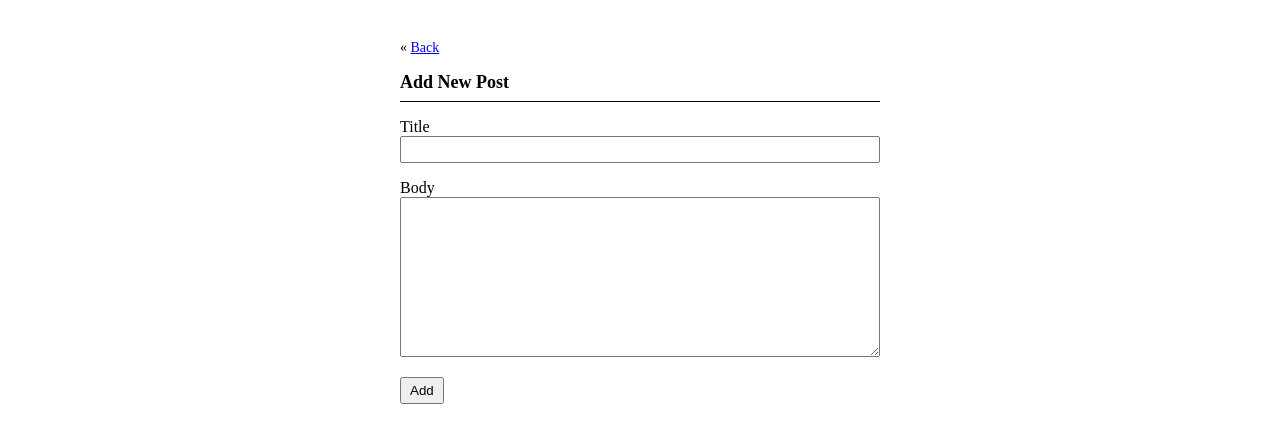
Repository: katugen/MyBBS
Page: http://localhost/posts/create
These files come from the project's save history. The page is drawn as it stood at one moment and after the next save; the edit follows.
The browser window is 1280 px wide. The pictures show the whole page.
The page is served by the project's Laravel application, run on PHP 8.4 with Laravel 10. Other server files are loaded and not shown.

Above is the page before, as saved 2023-02-23 14:45:18.

### routes/web.php
<?php

use Illuminate\Support\Facades\Route;
use App\Http\Controllers\PostController;

/*
|--------------------------------------------------------------------------
| Web Routes
|--------------------------------------------------------------------------
|
| Here is where you can register web routes for your application. These
| routes are loaded by the RouteServiceProvider and all of them will
| be assigned to the "web" middleware group. Make something great!
|
*/


Route::get('/', [PostController::class, 'index'])
    ->name('posts.index');

Route::get('/posts/{post}', [PostController::class, 'show'])
    ->name('posts.show')
    ->where('post', '[0-9]+');

Route::get('/posts/create', [PostController::class, 'create'])
    ->name('posts.create');

### app/Http/Controllers/PostController.php
<?php

namespace App\Http\Controllers;

use Illuminate\Http\Request;
use App\Models\Post;

class PostController extends Controller
{


    public function index()
    {

        $posts = Post::latest()->get();
        return view('index')
            ->with(['posts' => $posts]);
    }

    public function show(Post $post)
    {

        return view('posts.show')
            ->with(['post' => $post]);
    }

    public function create()
    {

        return view('posts.create');
    }
}

### resources/views/posts/create.blade.php
<x-layout>
    <x-slot name="title">
        Add New Post - My BBS
    </x-slot>
    <div class="back-link">
        &laquo; <a href="{{ route('posts.index') }}">Back</a>
    </div>
    <h1>Add New Post </h1>
    <form method="post" action="">
        @csrf
        <div class="form-group">
            <label>
                Title
                <input type="text" name="title">
            </label>
        </div>
        <div class="form-group">
            <label>
                Body
                <textarea name="body"></textarea>
            </label>
        </div>
        <div class="form-button">
            <button>Add</button>
        </div>
    </form>
</x-layout>

### resources/views/components/layout.blade.php
<!DOCTYPE html>
<html lang="ja">

<head>
    <meta charset="UTF-8">
    <meta name="viewport" content="width=device-width, initial-scale=1.0">
    <meta http-equiv="X-UA-Compatible" content="ie=edge">
    <title>{{ $title }}</title>
    <link rel="stylesheet" href="{{ url('css/style.css') }}">
</head>

<body>
    <div class="container">
        {{ $slot }}
    </div>
</body>

</html>

### public/css/style.css
.container {
    width: 480px;
    margin: 40px auto;
}

h1 {
    border-bottom: 1px solid;
    font-size: 18px;
    margin: 16px 0;
    padding-bottom: 8px;
    display: flex;
    align-items: center;
}

h1>a {
    font-size: 16px;
    font-weight: normal;
    margin-left: auto;
}

li {
    line-height: 1.6;
    margin-bottom: 8px;
}

.back-link {
    font-size: 14px;
}

p {
    line-height: 1.6;
}

input,
textarea {
    padding: 4px;
    width: 100%;
    box-sizing: border-box;
}

textarea {
    height: 160px;
}

button {
    padding: 4px 8px;
}

.form-group {
    margin-bottom: 16px;
}

.form-botton {
    text-align: right;
}

Loaded but not shown: app/Providers/AppServiceProvider.php (common file); app/Http/Controllers/Controller.php (common file)

After the next save:
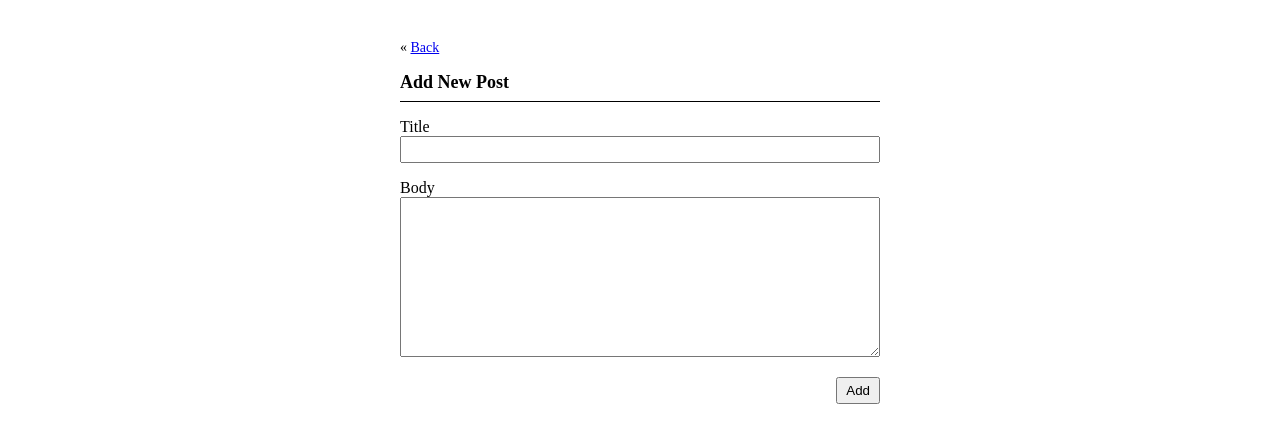
Saved 6 s later.
--- a/public/css/style.css
+++ b/public/css/style.css
@@ -50,6 +50,6 @@ button {
     margin-bottom: 16px;
 }
 
-.form-botton {
+.form-button {
     text-align: right;
 }
